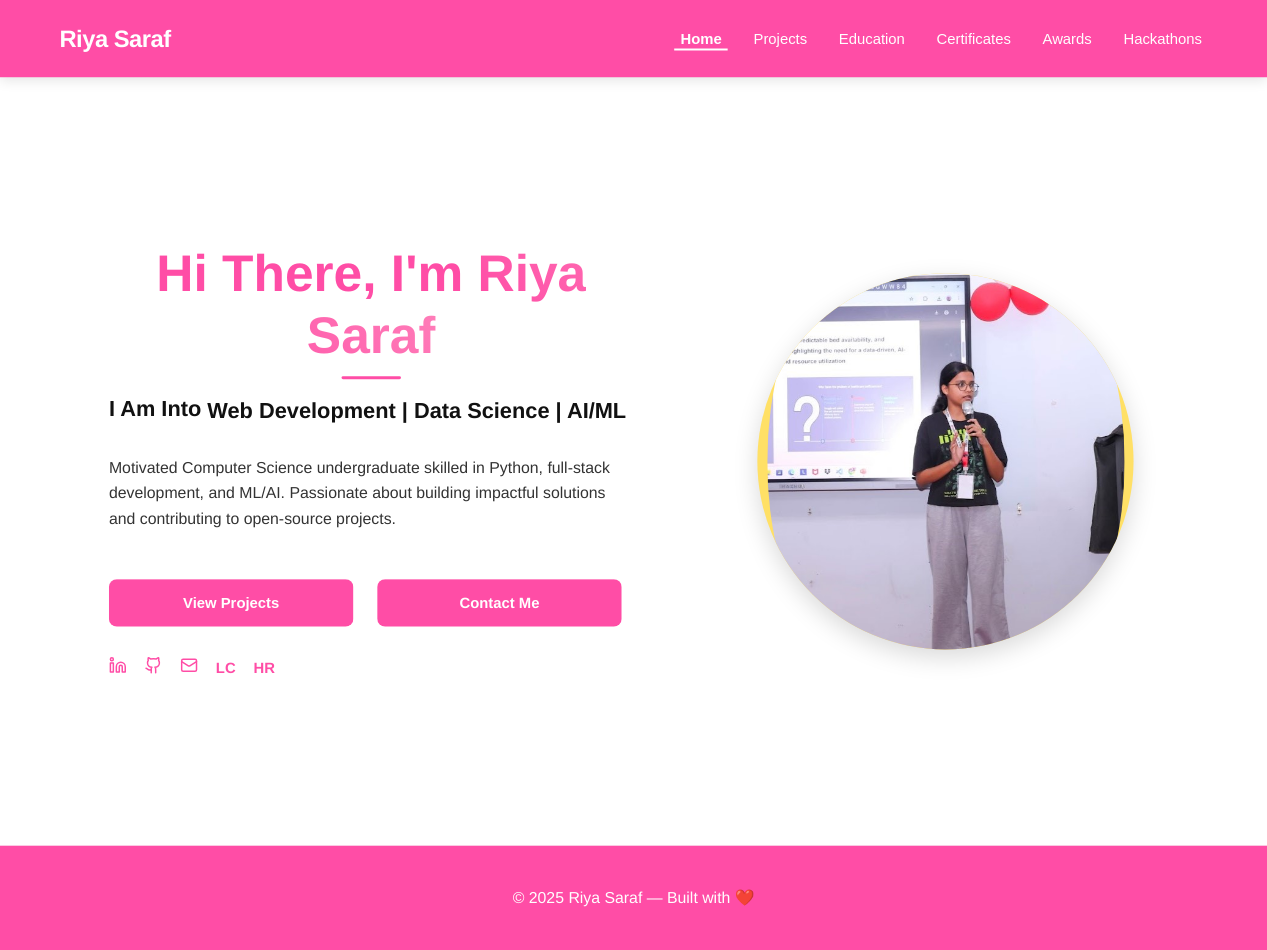
Repository: riyaaaa19/riya-portfolio
Page: /
The author's editor kept a copy of each file at every save. The page is drawn from the files as they stood at one save, then again after the next save.
The browser window is 1280 px wide. The pictures show the whole page, at 99% of full size.
The project was rebuilt for these pictures with package versions that can differ from the ones it lists, and the page was loaded fresh each time. Also part of the build but not shown: src/components/TimelineCard.js.

Above is the page before, as saved 2025-09-14 14:32:58.

### src/App.js
import React, { useState } from "react";
import { Mail, Github, Linkedin } from "lucide-react";
import TimelineCard from "./components/TimelineCard"; // adjust path if needed
import "./styles.css";

export default function RiyaSarafPortfolio() {
  const [activePage, setActivePage] = useState("home");

  const projects = [
    {
      title: "Leave Management System",
      tech: "React.js, FastAPI, PostgreSQL, JWT",
      desc: "Full-stack app for managing employee leave requests with role-based access and JWT authentication.",
      github: "https://github.com/riyaaaa19/leave-management-system",
      img: "/images/leave.png",
    },
    {
      title: "Genomic Analysis Web Application",
      tech: "Python, Django, Scikit-learn, Pandas",
      desc: "Django app for genomic data analysis with ML model selection, preprocessing and visualizations.",
      github: "https://github.com/riyaaaa19/genomic-analysis-django",
      img: "/images/genomics.png",
    },
    {
      title: "CyberSaarthi – Phishing & Invoice Fraud Detection",
      tech: "FastAPI, React.js, SQLite",
      desc: "ML + rule-based backend for phishing and invoice fraud detection with document parsing and structured reports.",
      github: "https://github.com/riyaaaa19/CyberSaarthi",
      img: "/images/cyber.png",
    },
    {
      title: "SheCare AI",
      tech: "FastAPI, React, SQLite, OmniDimension API",
      desc: "Health & wellness assistant for women with cycle tracking, journaling, PCOS risk check, and AI chatbot.",
      github: "https://github.com/sonamnimje/SheCare-AI",
      img: "/images/shecare.png",
    },
    {
    title: "SmartGrocery — AI-Powered Grocery & Recipe Assistant",
    tech: "Flask, Scikit-learn, Bootstrap, CSS",
    desc: " Smart Grocery Web app for recipe suggestions, nutrition tracking, inventory management, and shopping lists.",
    github: "https://github.com/arnavv19/Smart-Grocery-AI",
    img: "/images/grocery.png",
    }
  ];

  const education = [
    {
      school: "BADERIA GLOBAL INSTITUTE OF ENGINEERING AND MANAGEMENT",
      degree: "B.Tech CSE (Data Science)",
      year: "2022 – 2026",
      score: "CGPA: 8.28",
      img: "/images/graduation.png",
    },
    {
      school: "Nachiketa Higher Secondary School, Jabalpur",
      degree: "Class 12th • PCM • State Board",
      year: "2022",
      score: "Percentage: 73.4%",
      img: "/images/school.png",
    },
    {
      school: "Nachiketa Higher Secondary School, Jabalpur",
      degree: "Class 10th • State Board",
      year: "2020",
      score: "Percentage: 92%",
      img: "/images/school.png",
    },
  ];

  const certificates = [
    { title: "PCAP: Programming Essentials in Python", img: "/images/certificate1.jpg" },
    { title: "Introduction to Data Science — Cisco", img: "/images/certificate2.jpg" },
    { title: "Accenture Data Analytics Simulation", img: "/images/certificate3.jpg" },
    { title: "Global Entrepreneur Summit — IIT Kharagpur", img: "/images/certificate4.jpg" },
    { title: "Artificial Intelligence Fundamentals — IBM SkillsBuild", img: "/images/certificate5.jpg" },
    { title: "Cybersecurity Essentials — Cisco", img: "/images/certificate6.jpg" },
    { title: "Data Analytics — IBM Cognos", img: "/images/certificate7.jpg" },
  ];

  const awards = [
    { title: "Branch Topper — 2023, 2024, 2025", img: "/images/award1.jpg" },
    { title: "Best Girls Team Award — Hack SRIT 2025", img: "/images/award2.jpg" },
    { title: "1st Runner-Up — Ecopreneur Hackathon", img: "/images/award3.jpg" },
    { title: "3rd Position — Slide The Change at IEEE SHE ASPIRE 2.0", img: "/images/award4.jpg" },
  ];

  const hackathons = [
    {
      title: "Ecopreneur Hackathon",
      desc: "Hosted by Baderia Global Institute of Engineering and Management",
      img: "/images/hackathon1.jpg",
    },
    {
      title: "36-hour HackSRIT Hackathon",
      desc: "Hosted by Shri Ram Institute of technology",
      img: "/images/hackathon2.jpg",
    },
    {
      title: "Operation Eclipse – Stealth Spacecraft Design & Architecture",
      desc: "Competition at IIITDM Jabalpur",
      img: "/images/hackathon3.jpg",
    },
    {
      title: "Global Entrepreneurship Summit 2025",
      desc: "IIT Kharagpur",
      img: "/images/hackathon4.jpg",
    },
    {
      title: "All India Women only Hackathon 2023",
      desc: "Hosted by Shooting stars foundation",
      img: "/images/hackathon5.jpg",
    },
  ];

  return (
    <div>
      <header>
        <h1>Riya Saraf</h1>
        <nav>
          {["home", "projects", "education", "certificates", "awards", "hackathons"].map((page) => (
            <button
              key={page}
              onClick={() => setActivePage(page)}
              className={activePage === page ? "active" : ""}
            >
              {page.charAt(0).toUpperCase() + page.slice(1)}
            </button>
          ))}
        </nav>
      </header>

      {activePage === "home" && (
        <section className="hero">
          <div className="particle-bg">
            <span></span><span></span><span></span><span></span><span></span>
          </div>
          <div className="hero-text">
            <h2>
              Hi There, I'm <span className="highlight">Riya Saraf</span>
            </h2>
            <h3>
              I Am Into{" "}
              <span className="typing-container">
                <span className="typing">Web Development | Data Science | AI/ML</span>
              </span>
            </h3>
            <p>
              Motivated Computer Science undergraduate skilled in Python,
              full-stack development, and ML/AI. Passionate about building
              impactful solutions and contributing to open-source projects.
            </p>
            <div className="hero-buttons">
              <button className="cta" onClick={() => setActivePage("projects")}>
                View Projects
              </button>
              <a
              href="https://mail.google.com/mail/?view=cm&fs=1&to=riyasaraf19@gmail.com"
              target="_blank"
              rel="noopener noreferrer"
              className="cta"
              >
                Contact Me
              </a>
            </div>

            <div className="social-icons">
              <a href="https://linkedin.com/in/riya-saraf-9223a9257" target="_blank" rel="noreferrer">
                <Linkedin size={18} />
              </a>
              <a href="https://github.com/riyaaaa19" target="_blank" rel="noreferrer">
                <Github size={18} />
              </a>
              <a href="mailto:riyasaraf19@gmail.com">
                <Mail size={18} />
              </a>
              <a href="https://leetcode.com/u/riyaaa19/" target="_blank" rel="noreferrer">LC</a>
              <a href="https://www.hackerrank.com/profile/riyasaraf19" target="_blank" rel="noreferrer">HR</a>
            </div>
          </div>
          <div className="hero-img">
            <div className="avatar-circle">
              <img src="/images/riya-photo.png" alt="Riya Saraf" />
            </div>
          </div>
        </section>
      )}

      {activePage === "projects" && (
        <section>
          <h2>Projects</h2>
          <div className="grid">
            {projects.map((p, i) => (
              <TimelineCard
                key={i}
                title={p.title}
                subtitle={p.tech}
                img={p.img}
                score={<span style={{ color: "#555" }}>{p.desc}</span>}
                github={p.github}
                live={p.live}
                type="project"
              />
            ))}
          </div>
        </section>
      )}

      {activePage === "education" && (
        <section>
          <h2>Education</h2>
          <div className="timeline">
            {education.map((e, i) => (
              <TimelineCard
                key={i}
                title={e.school}
                subtitle={e.degree}
                year={e.year}
                score={e.score}
                img={e.img}
                type="education"
              />
            ))}
          </div>
        </section>
      )}

      {activePage === "certificates" && (
        <section>
          <h2>Certificates</h2>
          <div className="grid">
            {certificates.map((c, i) => (
              <TimelineCard key={i} title={c.title} img={c.img} type="certificate" />
            ))}
          </div>
        </section>
      )}

      {activePage === "awards" && (
        <section>
          <h2>Awards</h2>
          <div className="grid">
            {awards.map((a, i) => (
              <TimelineCard key={i} title={a.title} img={a.img} type="award" />
            ))}
          </div>
        </section>
      )}

      {activePage === "hackathons" && (
        <section>
          <h2>Hackathons & Conferences</h2>
          <div className="grid">
            {hackathons.map((h, i) => (
              <TimelineCard
                key={i}
                title={h.title}
                subtitle={h.desc}
                img={h.img}
                type="certificate"
              />
            ))}
          </div>
        </section>
      )}

      <footer>© {new Date().getFullYear()} Riya Saraf — Built with ❤️</footer>
    </div>
  );
}

### src/styles.css
/* ===== General Styling ===== */
body {
    margin: 0;
    font-family: 'Helvetica Neue', Arial, sans-serif;
    background: linear-gradient(135deg, #fdfbfb 0%, #ebedee 100%);
    color: #111;
    line-height: 1.6;
    scroll-behavior: smooth;
}

/* ===== Header ===== */
header {
    position: sticky;
    top: 0;
    background: #ff4da6;
    padding: 20px 60px;
    display: flex;
    justify-content: space-between;
    align-items: center;
    z-index: 100;
    box-shadow: 0 4px 12px rgba(0, 0, 0, 0.1);
    animation: slideDown 0.8s ease-in-out;
}

header h1 {
    margin: 0;
    font-size: 24px;
    font-weight: 700;
    color: #fff;
    letter-spacing: -0.5px;
    transition: transform 0.3s ease;
}

header h1:hover {
    transform: scale(1.08);
}

nav button {
    background: none;
    border: none;
    margin-left: 20px;
    font-size: 15px;
    color: #fff;
    cursor: pointer;
    transition: color 0.3s, border-bottom 0.3s, transform 0.3s;
}

nav button.active {
    font-weight: 600;
    border-bottom: 2px solid #fff;
    padding-bottom: 2px;
}

nav button:hover {
    color: #ffe3f0;
    transform: translateY(-2px);
}

/* ===== Sections ===== */
section {
    padding: 80px 60px;
    background: white;
    animation: fadeIn 1s ease-in;
}

section h2 {
    font-size: 32px;
    font-weight: 700;
    margin-bottom: 25px;
    color: #ff4da6;
    text-align: center;
    position: relative;
}

section h2::after {
    content: "";
    width: 60px;
    height: 3px;
    background: #ff4da6;
    display: block;
    margin: 10px auto 0;
    border-radius: 2px;
    animation: expand 0.8s ease-in-out;
}

/* ===== Hero Section ===== */
.hero {
    display: flex;
    flex-wrap: wrap;
    justify-content: space-between;
    align-items: center;
    gap: 50px;
    padding: 100px 60px;
    min-height: 80vh;
    position: relative;
    overflow: hidden;
}

.hero-text {
    flex: 1;
    max-width: 600px;
    display: flex;
    flex-direction: column;
    gap: 12px;
}

.hero-text h2 {
    font-size: 52px;
    font-weight: 800;
    margin: 0;
    line-height: 1.2;
    color: #ff4da6;
}

.hero-text .highlight {
    background: linear-gradient(45deg, #ff4da6, #ff7eb9);
    -webkit-background-clip: text;
    -moz-background-clip: text;
    background-clip: text;
    -webkit-text-fill-color: transparent;
    color: transparent;
}

.hero-text h3 {
    font-size: 22px;
    font-weight: 600;
    margin: 0;
    color: #111;
}

.hero-text p {
    max-width: 520px;
    font-size: 16px;
    color: #333;
    line-height: 1.6;
}

/* ===== Typing Effect Fix ===== */
.typing-container {
    display: inline-block;
    min-width: 300px;
    white-space: nowrap;
}

.typing {
    display: inline-block;
    border-right: 2px solid #ff4da6;
    overflow: hidden;
    vertical-align: middle;
    animation: typing 2.5s steps(30, end) forwards, blink-caret 0.75s step-end infinite;
}

@keyframes typing {
    from { width: 0; }
    to { width: 100%; }
}

@keyframes blink-caret {
    0%, 100% { border-color: transparent; }
    50% { border-color: #ff4da6; }
}

/* ===== Avatar ===== */
.hero-img {
    flex: 1;
    display: flex;
    justify-content: center;
    align-items: center;
}

.avatar-circle {
    width: 380px;
    height: 380px;
    border-radius: 50%;
    background: #ffe066;
    display: flex;
    justify-content: center;
    align-items: center;
    box-shadow: 0 8px 25px rgba(0,0,0,0.15);
    overflow: hidden;
    transition: transform 0.4s ease, box-shadow 0.4s ease;
}

.avatar-circle img {
    width: 95%;
    height: auto;
    border-radius: 50%;
    object-fit: cover;
}

.avatar-circle:hover {
    transform: scale(1.05);
    box-shadow: 0 10px 30px rgba(255, 77, 166, 0.3);
}

/* ===== Buttons ===== */
button.cta,
button.outline {
    margin-right: 12px;
    padding: 10px 22px;
    width: 160px;
    font-size: 15px;
    font-weight: 600;
    border-radius: 8px;
    border: 2px solid transparent;
    cursor: pointer;
    transition: all 0.25s ease;
}
.hero-buttons {
  display: flex;
  gap: 12px;
  margin-top: 20px;
  flex-wrap: wrap;
}

.hero-buttons button.cta,
.hero-buttons a.cta {
  flex: 1;             /* ✅ Each takes equal width */
  min-width: 140px;    /* ✅ Minimum width for smaller screens */
  text-align: center;
}

button.cta {
    background: #ff4da6;
    color: white;
}

button.cta:hover {
    background: #e04494;
}

button.outline {
    background: transparent;
    color: #ff4da6;
    border: 2px solid #ff4da6;
}

button.outline:hover {
    background: #ff4da6;
    color: white;
}
/* Make <a class="cta"> look like button */
a.cta {
    display: inline-block;
    margin-right: 12px;
    padding: 10px 22px;
    font-size: 15px;
    font-weight: 600;
    border-radius: 8px;
    border: 2px solid transparent;
    cursor: pointer;
    transition: all 0.25s ease;
    background: #ff4da6;
    color: white;
    text-decoration: none;
    text-align: center;
}

a.cta:hover {
    background: #e04494;
}


/* ===== Social Icons ===== */
.social-icons {
    display: flex;
    gap: 18px;
    margin-top: 18px;
}

.social-icons a {
    color: #ff4da6;
    transition: color 0.25s;
    font-weight: bold;
    font-size: 15px;
    text-decoration: none;
}

.social-icons a:hover {
    color: #e04494;
}

/* ===== Footer ===== */
footer {
    padding: 40px;
    text-align: center;
    background: #ff4da6;
    color: white;
    font-weight: 500;
}

/* ===== Grid for Projects, Certificates, Awards ===== */
.grid {
    display: grid;
    gap: 25px;
    grid-template-columns: repeat(3, 1fr);
}
@media (max-width: 900px) {
    .grid {
        grid-template-columns: repeat(2, 1fr);
    }
}

@media (max-width: 600px) {
    .grid {
        grid-template-columns: 1fr;
    }
}

/* ===== Timeline for Education ===== */
.timeline {
    position: relative;
    margin-left: 20px;
    padding-left: 40px;
    border-left: 3px solid #ff4da6;
}

.timeline-card {
    position: relative;
    margin-bottom: 40px;
    padding: 20px 20px 20px 40px;
    background: #fff;
    border-radius: 12px;
    box-shadow: 0 4px 12px rgba(0,0,0,0.08);
    transition: transform 0.3s, box-shadow 0.3s;
}

.timeline-card:hover {
    transform: scale(1.03);
    box-shadow: 0 6px 18px rgba(0,0,0,0.15);
}

.timeline-card span {
    position: absolute;
    left: -28px;
    top: 20px;
    width: 20px;
    height: 20px;
    border-radius: 50%;
    background: #ff4da6;
    color: #fff;
    display: flex;
    justify-content: center;
    align-items: center;
    font-size: 14px;
}

/* ===== Animations ===== */
@keyframes fadeIn {
    0% { opacity: 0; transform: translateY(20px); }
    100% { opacity: 1; transform: translateY(0); }
}

@keyframes slideDown {
    0% { transform: translateY(-100%); }
    100% { transform: translateY(0); }
}

@keyframes expand {
    0% { width: 0; }
    100% { width: 60px; }
}

/* ===== Responsive ===== */
@media (max-width: 900px) {
    .hero {
        flex-direction: column;
        text-align: center;
    }
    .hero-img {
        margin-top: 30px;
    }
}
/* ===== Timeline Styling for Education (Right-side Images) ===== */
.timeline {
    position: relative;
    padding-right: 60px; /* space for images on the right */
    margin-left: 20px;
    border-left: 3px solid #ff4da6;
}

.timeline .timeline-card {
    position: relative;
    margin-bottom: 30px;
    padding: 15px 20px;
    background: #fff;
    border-radius: 12px;
    box-shadow: 0 4px 12px rgba(0,0,0,0.08);
    transition: transform 0.2s;
}

.timeline .timeline-card:hover {
    transform: scale(1.03);
}

.timeline .timeline-card img {
    width: 50px;
    height: 50px;
    object-fit: cover;
    border-radius: 50%;
    position: absolute;
    right: -65px; /* move image to the right of the card */
    top: 15px;
    box-shadow: 0 3px 10px rgba(0,0,0,0.15);
}

.timeline .timeline-card h4 {
    margin: 0 0 6px 0;
    font-size: 16px;
    font-weight: 600;
}

.timeline .timeline-card p {
    margin: 2px 0;
    font-size: 14px;
    color: #555;
}

Loaded but not shown: public/index.html (common file); src/index.js (common file)

After the next save:
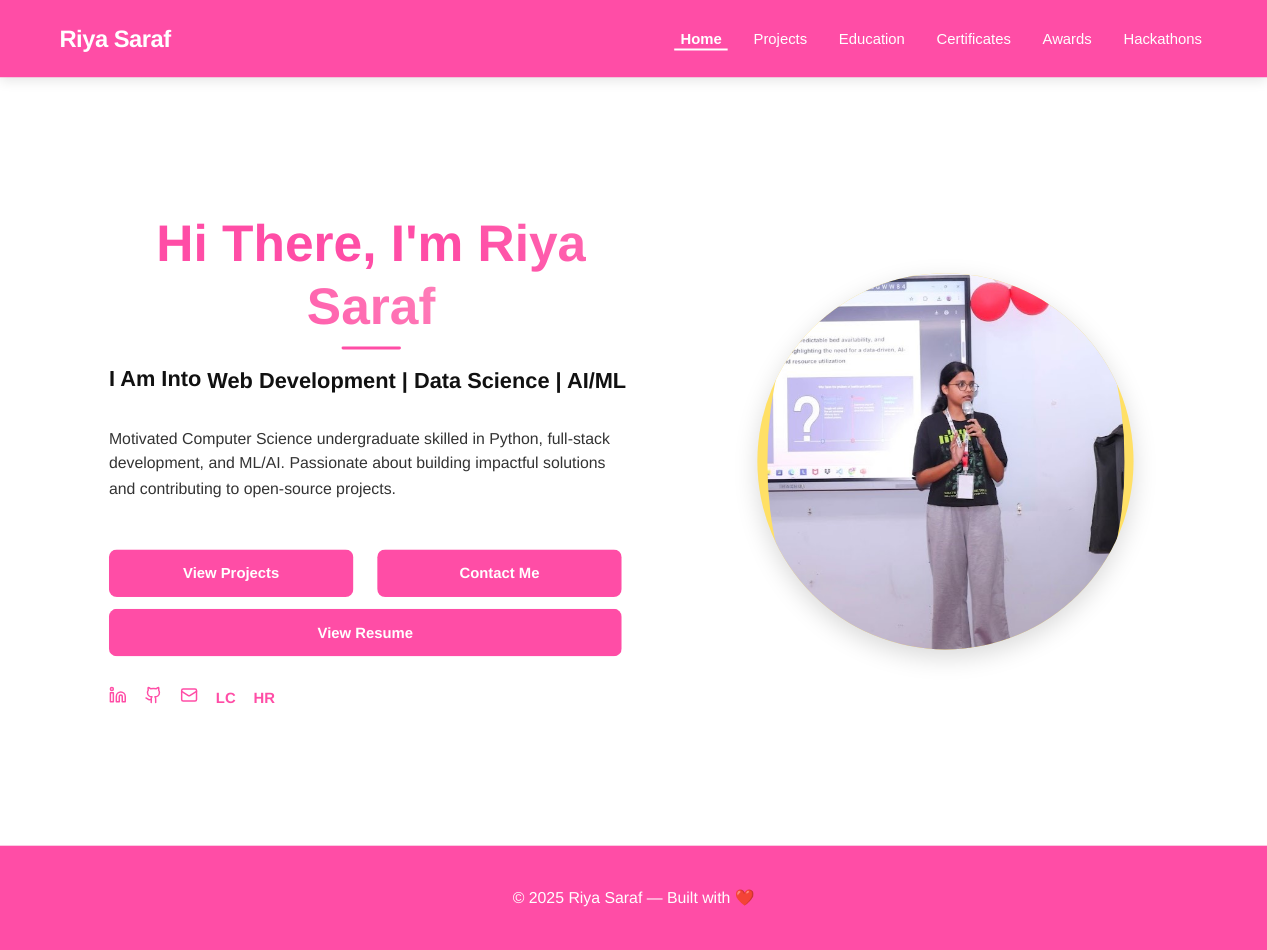
Saved 5 min 12 s later.
--- a/src/App.js
+++ b/src/App.js
@@ -162,6 +162,15 @@ export default function RiyaSarafPortfolio() {
               >
                 Contact Me
               </a>
+              {/* ✅ Resume Button */}
+              <a
+              href="/resume.pdf"
+              target="_blank"
+              rel="noopener noreferrer"
+              className="cta"
+              >
+                 View Resume
+            </a>
             </div>
 
             <div className="social-icons">
